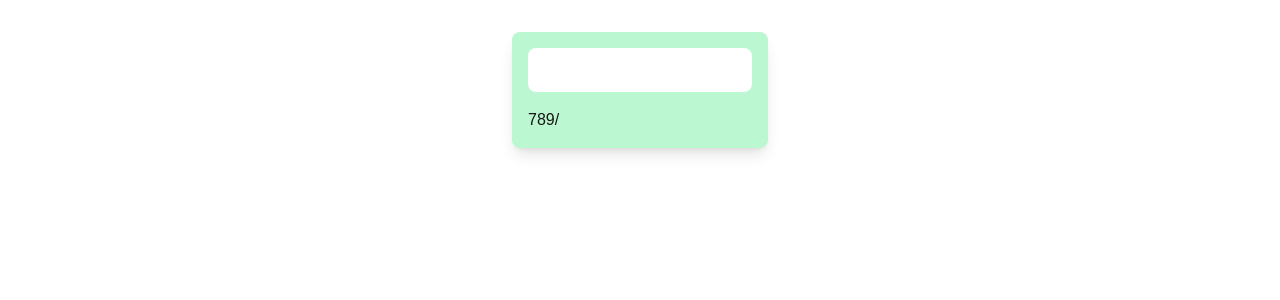
Repository: Sirinegaddour11/Calculator-App
Page: /
These files come from the project's save history. The page is drawn as it stood at one moment and after a run of saves; the edit follows.
The browser window is 1280 px wide. The pictures show the whole page.
The project was rebuilt for these pictures with package versions that can differ from the ones it lists, and the page was loaded fresh each time. The framework's server and built-in components were replaced by stand-ins that run in the browser. Also part of the build but not shown: next.config.mjs.

Above is the page before, as saved 2024-09-16 13:45:40.

After the next 2 saves:
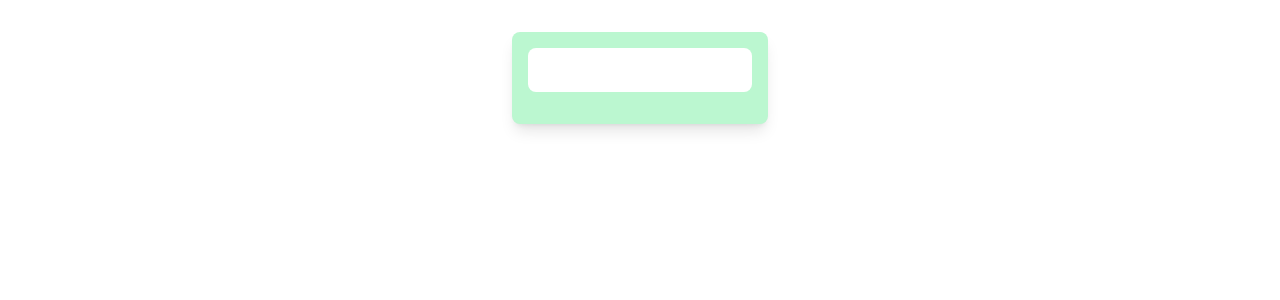
The 2 saves are shown as one change because they came seconds apart.
The last was saved 8 s later.
--- a/components/calculator.tsx
+++ b/components/calculator.tsx
@@ -15,7 +15,7 @@ setexpression((prevExpression)=> prevExpression+ value)
       readOnly
       />
       <div className="grid grid-cols-4 gap-2">
-{['7', '8', '9', '/']}
+{['7', '8', '9', '/'].map}
       </div>
     </div>
   );
